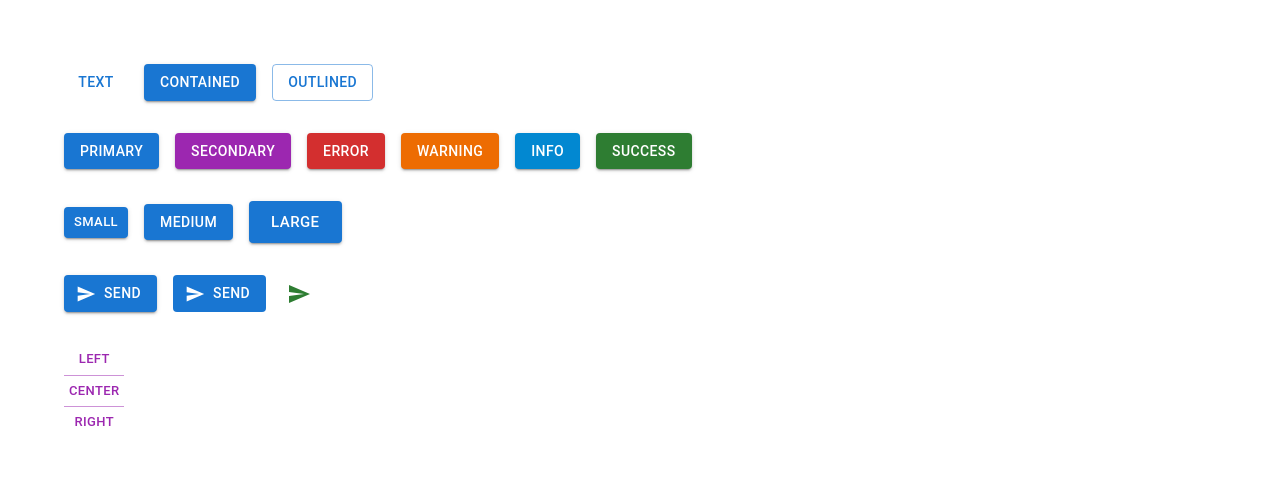
Repository: janidulnkg1/react-mui
Page: / (app in mui-demo/)
The author's editor kept a copy of each file at every save. The page is drawn from the files as they stood at one save, then again after the next save.
The browser window is 1280 px wide. The pictures show the whole page.
The project was rebuilt for these pictures with package versions that can differ from the ones it lists, and the page was loaded fresh each time.

Above is the page before, as saved 2023-11-08 14:41:49.

### mui-demo/src/App.tsx
import './App.css';
//import { MuiTypography } from './components/MuiTypography';
import { MuiButton } from './components/MuiButton';

function App() {
  return (
    <div className="App">

      {/*MuiTypography */}
      <MuiButton />
    </div>
  );
}

export default App;

### mui-demo/src/components/MuiButton.tsx
import {Button, Stack, IconButton, ButtonGroup} from "@mui/material"
import SendIcon from '@mui/icons-material/Send';


export const MuiButton = () => {
  return (
    <Stack spacing={4}>
        <Stack spacing={2} direction='row'>
            <Button variant='text' href='https://google.com'>Text</Button>
            <Button variant='contained'>Contained</Button>
            <Button variant='outlined'>Outlined</Button>
        </Stack>

        <Stack spacing={2} direction='row'>
            <Button variant='contained' color='primary'>Primary</Button>
            <Button variant='contained' color='secondary'>Secondary</Button>
            <Button variant='contained' color='error'>Error</Button>
            <Button variant='contained' color='warning'>Warning</Button>
            <Button variant='contained' color='info'>Info</Button>
            <Button variant='contained' color='success'>Success</Button>
        </Stack>

        <Stack display='block' spacing={2} direction='row'>
            <Button variant='contained' size='small'>Small</Button>
            <Button variant='contained' size='medium'>Medium</Button>
            <Button variant='contained' size='large'>Large</Button>
        </Stack>

        <Stack spacing={2} direction='row'>
            <Button variant='contained' startIcon={<SendIcon />} disableRipple onClick={() => alert('Clicked')}>Send</Button>
            <Button variant='contained' startIcon={<SendIcon />} disableElevation>Send</Button>

            <IconButton aria-label='send' color='success' size='small'>
                <SendIcon />
            </IconButton>
        </Stack>

        <Stack direction='row'>
            <ButtonGroup variant='text' orientation='vertical' size='small' color='secondary'>
                <Button>Left</Button>
                <Button>Center</Button>
                <Button>Right</Button>
            </ButtonGroup>
        </Stack>

    </Stack>
  )
}

Loaded but not shown: mui-demo/public/index.html (common file); mui-demo/src/index.tsx (common file); mui-demo/src/index.css (common file); mui-demo/src/reportWebVitals.ts (common file); mui-demo/src/App.css (common file)

After the next save:
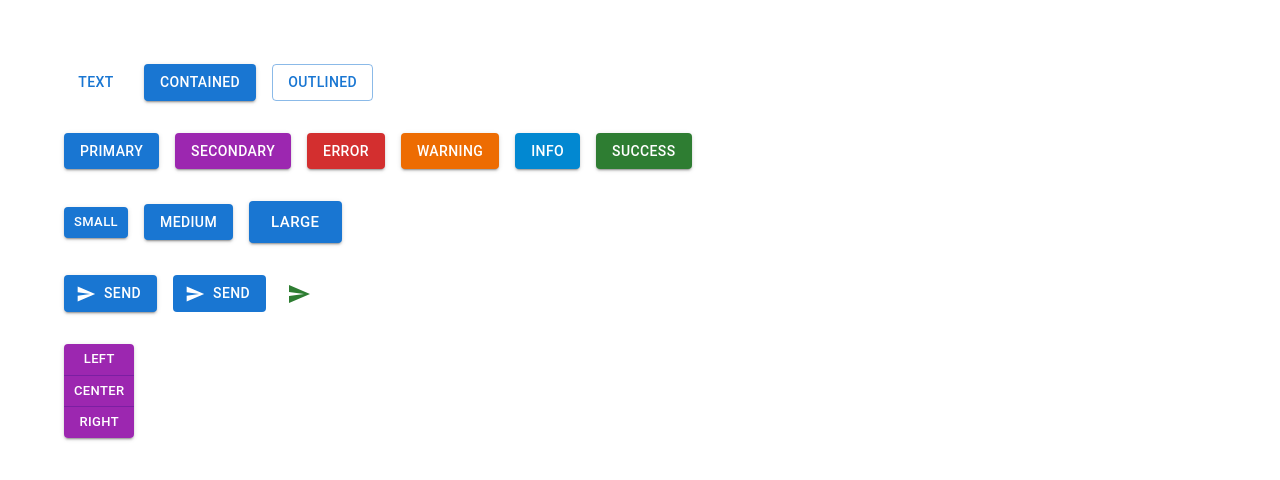
Saved 15 s later.
--- a/mui-demo/src/components/MuiButton.tsx
+++ b/mui-demo/src/components/MuiButton.tsx
@@ -36,7 +36,7 @@ export const MuiButton = () => {
         </Stack>
 
         <Stack direction='row'>
-            <ButtonGroup variant='text' orientation='vertical' size='small' color='secondary'>
+            <ButtonGroup variant='contained' orientation='vertical' size='small' color='secondary'>
                 <Button>Left</Button>
                 <Button>Center</Button>
                 <Button>Right</Button>
